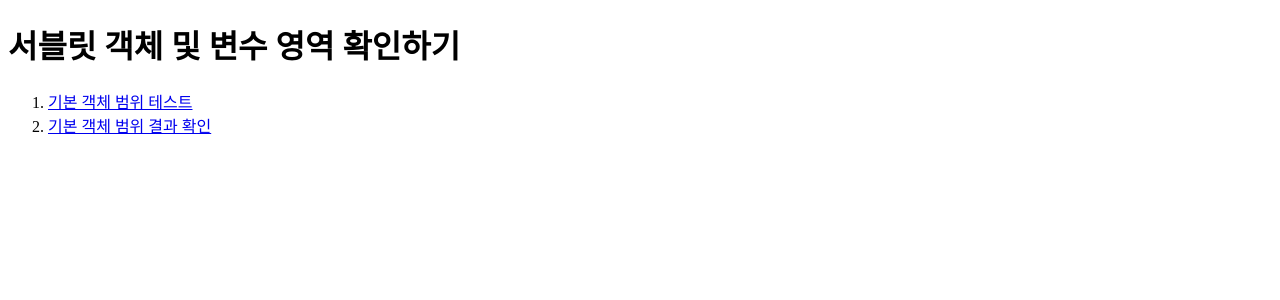
Repository: steeveelee2/WEB_Study
Page: webWorkspace/servlet3Project/web/index.html
These files come from the project's save history. The page is drawn as it stood at one moment and after the next save; the edit follows.
The browser window is 1280 px wide. The pictures show the whole page.

Above is the page before, as saved 2018-10-12 01:53:45.

### webWorkspace/servlet3Project/web/index.html
<!DOCTYPE html>
<html>
<head>
<meta charset="UTF-8">
<title>서블릿 객체 및 변수 영역 확인하기</title>
</head>
<body>
	<h1>서블릿 객체 및 변수 영역 확인하기</h1>

	<ol>
		<li>
			<a href="views/firstTest.html">기본 객체 범위 테스트</a>
		</li>
		<li>
			<a href="firstAck.srv">기본 객체 범위 결과 확인</a>
		</li>
	</ol>
</body>
</html>

After the next save:
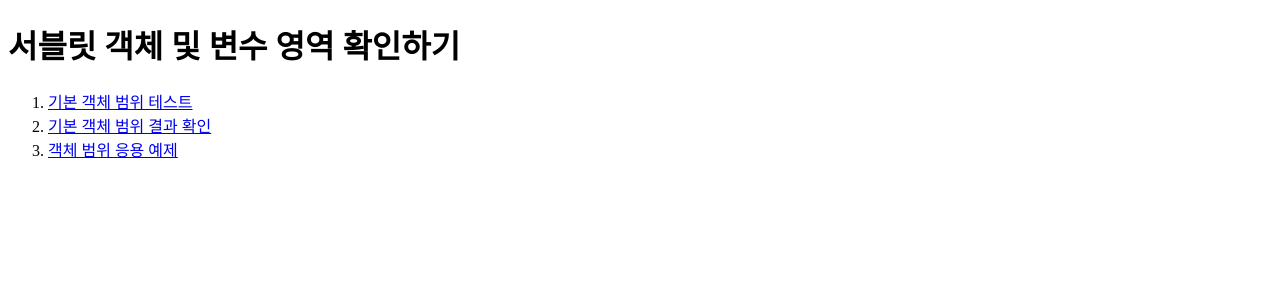
Saved 12 min 41 s later.
--- a/webWorkspace/servlet3Project/web/index.html
+++ b/webWorkspace/servlet3Project/web/index.html
@@ -14,6 +14,9 @@
 		<li>
 			<a href="firstAck.srv">기본 객체 범위 결과 확인</a>
 		</li>
+		<li>
+			<a href="second.srv">객체 범위 응용 예제</a>
+		</li>
 	</ol>
 </body>
 </html>
